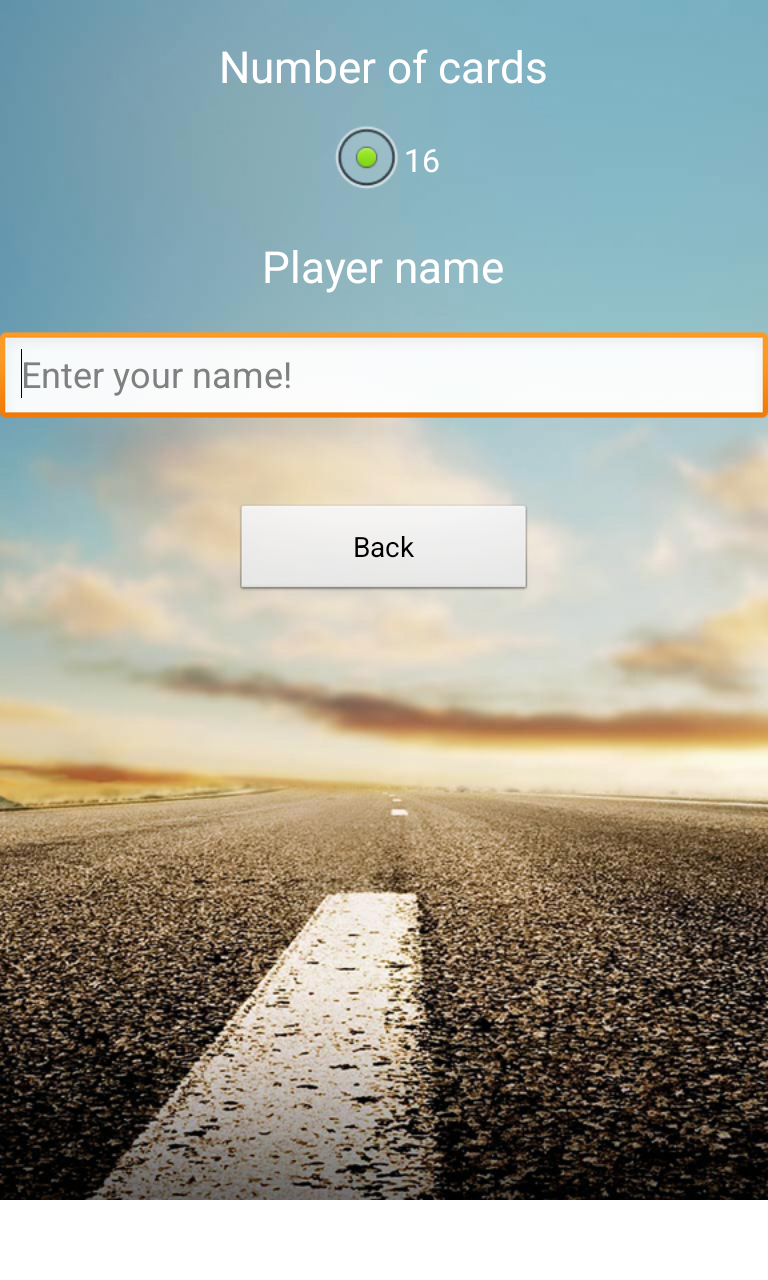
Repository: ymc-sise/sport-memory
Layout: memory/res/layout/einstellung.xml
The author's editor kept a copy of each file at every save. The layout is drawn from the files as they stood at one save, then again after the next save.
It is drawn on a 768 x 1280 px phone screen (xhdpi) without system bars, with theme android:Theme.Wallpaper; the app's code is not run.

Above is the layout before, as saved 2014-01-18 20:57:34.

### memory/res/layout/einstellung.xml
<?xml version="1.0" encoding="utf-8"?>
<RelativeLayout xmlns:android="http://schemas.android.com/apk/res/android"
    android:id="@+id/RelativeLayout1"
    android:layout_width="match_parent"
    android:layout_height="match_parent"
    android:orientation="vertical" >

            <ImageView
        android:id="@+id/imageView1"
        android:layout_width="wrap_content"
        android:layout_height="wrap_content"
        android:scaleType="centerCrop"
        android:layout_alignParentLeft="true"
        android:layout_alignParentTop="true"
        android:src="@drawable/running" />

    <RadioGroup
        android:id="@+id/radioGroup"
        android:layout_width="wrap_content"
        android:layout_height="wrap_content"
        android:layout_alignParentTop="true"
        android:layout_centerHorizontal="true"
        android:layout_marginTop="56dp" >

        <RadioButton
            android:id="@+id/radio16"
            android:layout_width="wrap_content"
            android:layout_height="wrap_content"
            android:checked="true"
            android:text="@string/sechszehn" />
    </RadioGroup>

    <TextView
        android:id="@+id/textAnzahlKarten"
        android:layout_width="wrap_content"
        android:layout_height="wrap_content"
        android:layout_alignParentTop="true"
        android:layout_centerHorizontal="true"
        android:layout_marginTop="18dp"
        android:text="@string/anzKarten"
        android:textAppearance="?android:attr/textAppearanceLarge" />

    <TextView
        android:id="@+id/textSpielername"
        android:layout_width="wrap_content"
        android:layout_height="wrap_content"
        android:layout_below="@+id/radioGroup"
        android:layout_centerHorizontal="true"
        android:layout_marginTop="14dp"
        android:text="@string/spielername"
        android:textAppearance="?android:attr/textAppearanceLarge" />

    <EditText
        android:id="@+id/editSpielername"
        android:layout_width="wrap_content"
        android:layout_height="wrap_content"
        android:layout_alignParentLeft="true"
        android:layout_alignParentRight="true"
        android:layout_below="@+id/textSpielername"
        android:layout_marginTop="18dp"
        android:ems="10"
        android:hint="@string/namEingeben" >
        <requestFocus />
    </EditText>

    <Button
        android:id="@+id/backButton"
        android:layout_width="150dp"
        android:layout_height="wrap_content"
        android:layout_below="@+id/editSpielername"
        android:layout_centerHorizontal="true"
        android:layout_marginTop="38dp"
        android:text="@string/zurueck" />

</RelativeLayout>

### memory/res/values/strings.xml
<?xml version="1.0" encoding="utf-8"?>
<resources>

    <string name="app_name">Sport memory</string>
    <string name="spielen">Play</string>
    <string name="einstellung">Settings</string>
    <string name="impressum">About</string>
    <string name="version10">Version 1.0</string>
    <string name="anzKarten">Number of cards</string>
    <string name="sechszehn">16</string>
    <string name="vierundzwanzig">24</string>
    <string name="zurueck">Back</string>
    <string name="spielername">Player name</string>
    <string name="namEingeben">Enter your name!</string>
    <string name="sechsunddreissig">36</string>
    <string name="tries">Tries:</string>
    <string name="url">URL</string>
    <string name="urlEingeben">localhost</string>
    <string name="localhost">use LocalHost</string>
    <string name="LocalHost">localhost</string>
    <string name="mustermann">Mustermann</string>
    <string name="thisisanull">0</string>
    <string name="impress">Sport memory is a student project. You have to solve memory additionaly with your gps coordinates.</string>
    <string name="impress2">Software licence: Apache License 2.0</string>
    <string name="impress3"></string>
    <string name="impress4">Developer Simon Schneeberger</string>
    <string name="Timer">Timer:</string>
    <string name="time">00:00:00</string>
    <string name="latitudeLabel">Latitude:</string>
    <string name="longitudeLabel">Longitude:</string>
    <string name="longitudeValue">0.000000</string>
    <string name="latitudeValue">0.000000</string>

</resources>

After the next save:
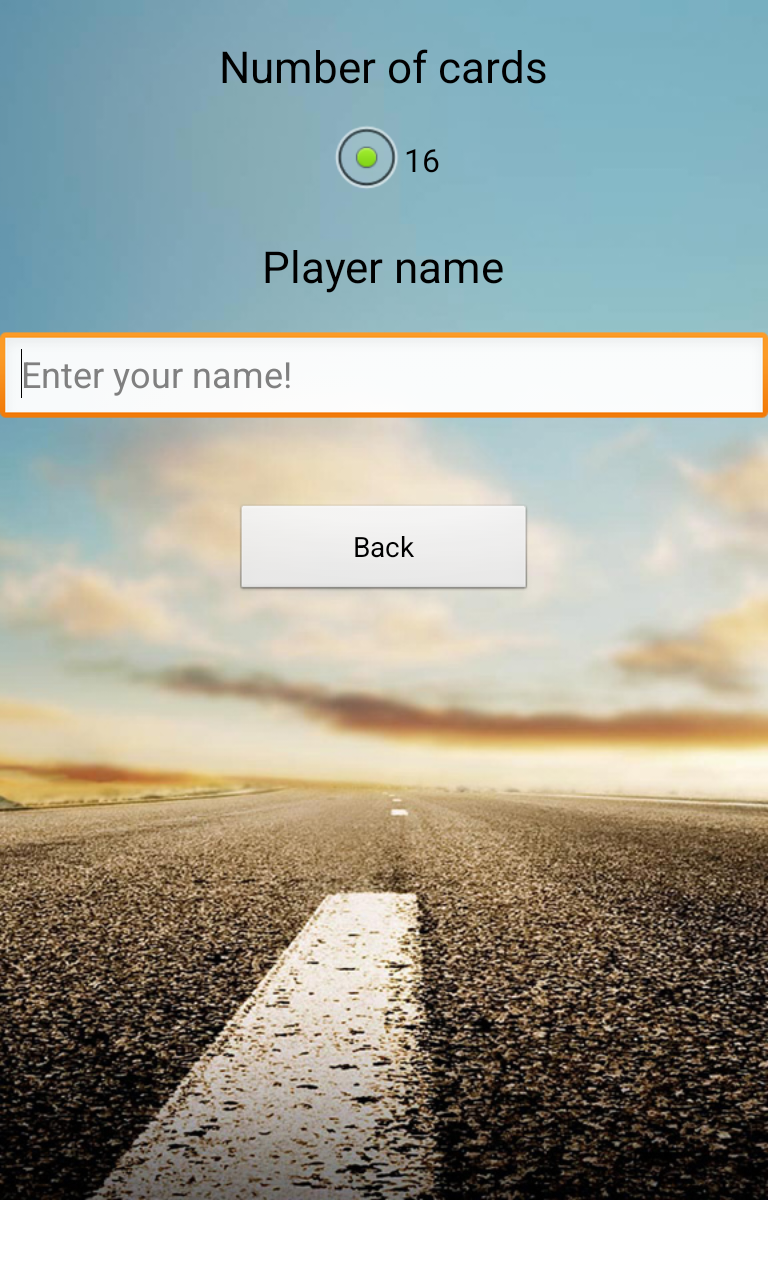
Saved 26 s later.
--- a/memory/res/layout/einstellung.xml
+++ b/memory/res/layout/einstellung.xml
@@ -27,7 +27,8 @@
             android:layout_width="wrap_content"
             android:layout_height="wrap_content"
             android:checked="true"
-            android:text="@string/sechszehn" />
+            android:text="@string/sechszehn"
+            android:textColor="#000000" />
     </RadioGroup>
 
     <TextView
@@ -38,7 +39,8 @@
         android:layout_centerHorizontal="true"
         android:layout_marginTop="18dp"
         android:text="@string/anzKarten"
-        android:textAppearance="?android:attr/textAppearanceLarge" />
+        android:textAppearance="?android:attr/textAppearanceLarge"
+        android:textColor="#000000" />
 
     <TextView
         android:id="@+id/textSpielername"
@@ -48,7 +50,8 @@
         android:layout_centerHorizontal="true"
         android:layout_marginTop="14dp"
         android:text="@string/spielername"
-        android:textAppearance="?android:attr/textAppearanceLarge" />
+        android:textAppearance="?android:attr/textAppearanceLarge"
+        android:textColor="#000000"/>
 
     <EditText
         android:id="@+id/editSpielername"
